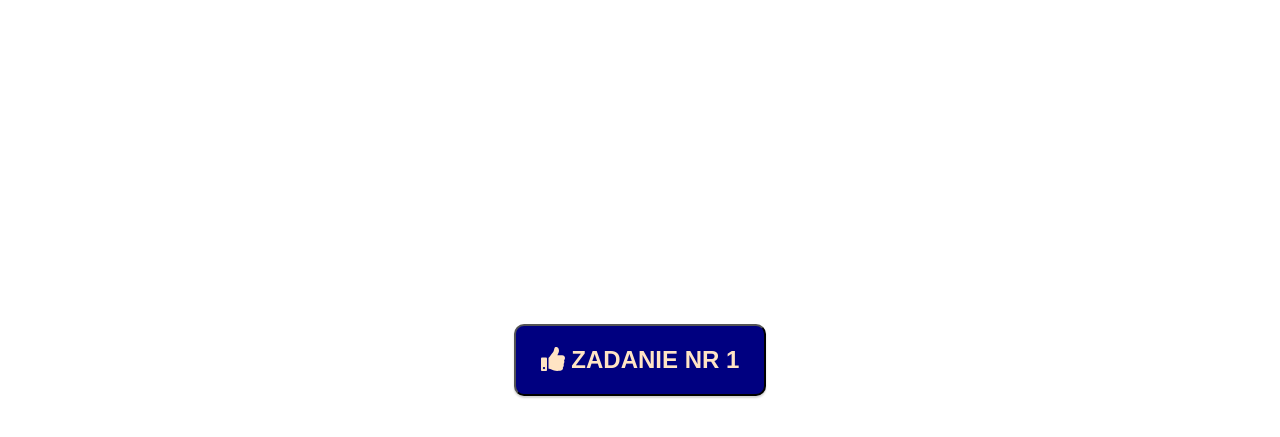
Repository: KrzysKolo/sr_tydzien3_zad_1_2_3
Page: /
An editor plug-in stored every save of this project. The page is shown before and after the next save, followed by the edit.
The browser window is 1280 px wide. The pictures show the whole page.
The project was rebuilt for these pictures with package versions that can differ from the ones it lists, and the page was loaded fresh each time.

Above is the page before, as saved 2020-11-02 15:24:34.

After the next save:
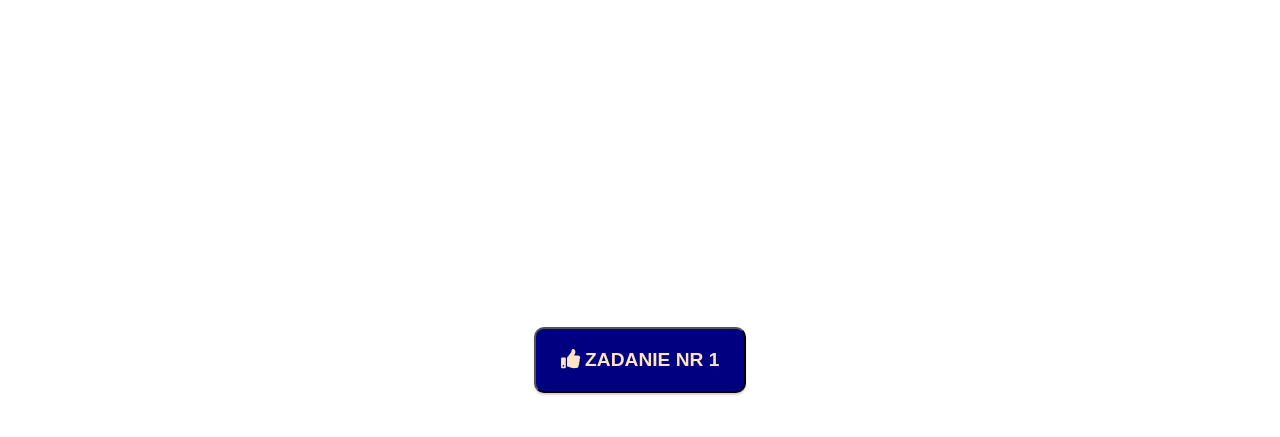
Saved 14 s later.
--- a/src/components/Form/Button.js
+++ b/src/components/Form/Button.js
@@ -15,7 +15,7 @@ const Button = ({label, color, bgColor, icon}) => {
     box-shadow: 0px 2px 2px lightgray;
     transition: ease background-color, color 0.6s;
     font-weight: bold;
-    font-size: 24px;
+    font-size: 1.2rem;
     color: ${[color]};
     background-color: ${[bgColor]};
     &:hover {
